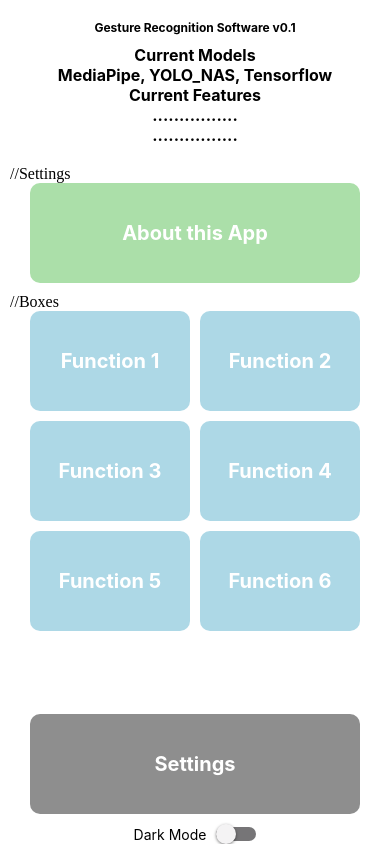
Repository: hajin-park/V-QUIP
Page: / (app in frontend/react-native-app/)
An editor plug-in stored every save of this project. The page is shown before and after the next save, followed by the edit.
The browser window is 390 px wide. The pictures show the whole page.
The app was drawn by React Native's web renderer in a window 390 px wide. The project was rebuilt for these pictures with package versions that can differ from the ones it lists, and the page was loaded fresh each time.

Above is the page before, as saved 2024-04-08 00:16:21.

After the next save:
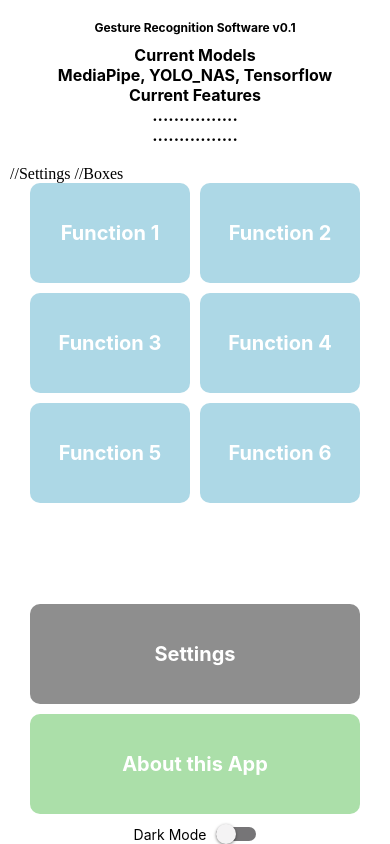
Saved 19 s later.
--- a/frontend/react-native-app/App.js
+++ b/frontend/react-native-app/App.js
@@ -22,11 +22,7 @@ export default function App() {
         <Text style={[styles.infoText, darkMode && styles.darkText]}>................</Text>
       </View>
       //Settings
-      <View style={styles.row}>
-          <TouchableOpacity style={[styles.box3, darkMode && styles.darkBox]} onPress={() => handleOptionClick(6)}>
-            <Text style={[styles.text, darkMode && styles.darkText]}>About this App</Text>
-          </TouchableOpacity>
-      </View>
+
       //Boxes
       <View style={styles.content}>
         <View style={styles.row}>
@@ -58,6 +54,11 @@ export default function App() {
       <View style={styles.row}>
           <TouchableOpacity style={[styles.box2, darkMode && styles.darkBox]} onPress={() => handleOptionClick(5)}>
             <Text style={[styles.text, darkMode && styles.darkText]}>Settings</Text>
+          </TouchableOpacity>
+      </View>
+      <View style={styles.row}>
+          <TouchableOpacity style={[styles.box3, darkMode && styles.darkBox]} onPress={() => handleOptionClick(6)}>
+            <Text style={[styles.text, darkMode && styles.darkText]}>About this App</Text>
           </TouchableOpacity>
       </View>
       <View style={styles.darkModeSwitchContainer}>
